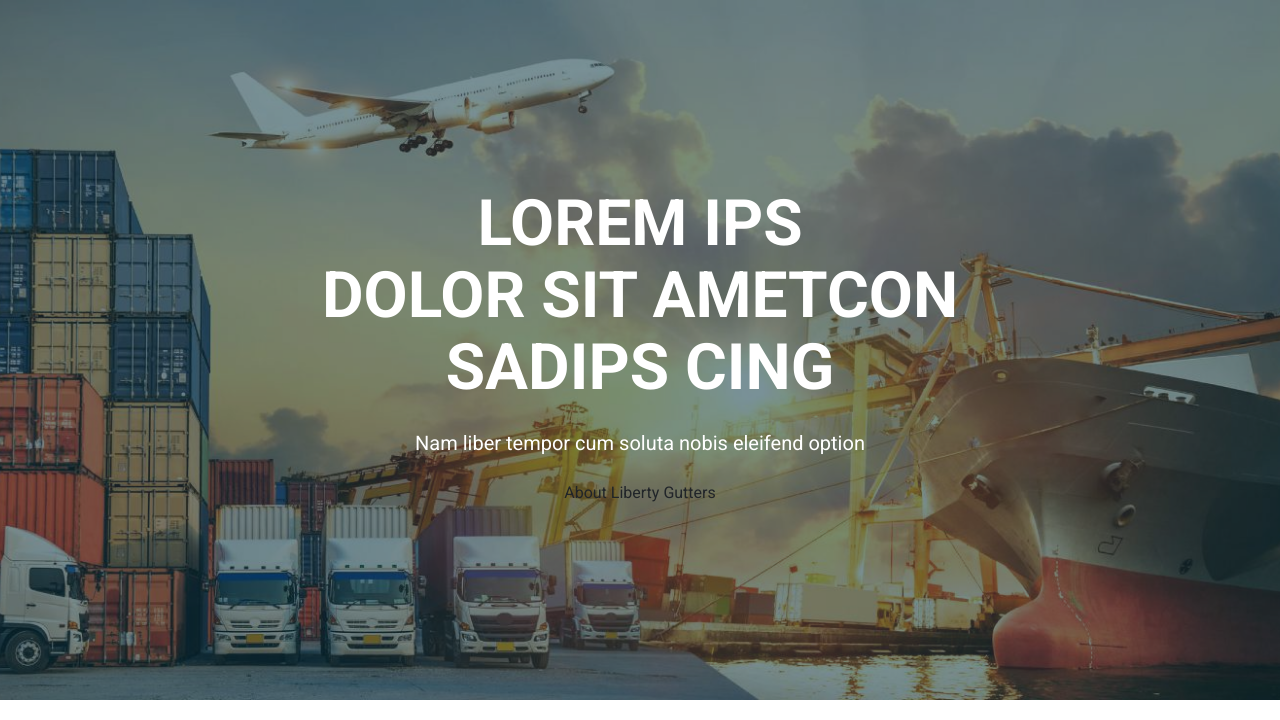
Repository: nazmulalok/shipping-template
Page: index.html
The author's editor kept a copy of each file at every save. The page is drawn from the files as they stood at one save, then again after the next save.
The browser window is 1280 px wide. The pictures show the whole page.

Above is the page before, as saved 2022-10-03 01:28:22.

### index.html
<!DOCTYPE html>
<html lang="en">

    <head>
        <meta charset="UTF-8">
        <meta http-equiv="X-UA-Compatible" content="IE=edge">
        <meta name="viewport" content="width=device-width, initial-scale=1.0">
        <link rel="preconnect" href="https://fonts.googleapis.com">
        <link rel="preconnect" href="https://fonts.gstatic.com" crossorigin>
        <link
            href="https://fonts.googleapis.com/css2?family=Roboto:ital,wght@0,300;0,400;0,500;0,700;0,900;1,300;1,400;1,500;1,700;1,900&display=swap"
            rel="stylesheet">
        <link href="https://cdn.jsdelivr.net/npm/bootstrap@5.2.1/dist/css/bootstrap.min.css" rel="stylesheet"
            integrity="sha384-iYQeCzEYFbKjA/T2uDLTpkwGzCiq6soy8tYaI1GyVh/UjpbCx/TYkiZhlZB6+fzT" crossorigin="anonymous">
        <link rel="stylesheet" href="style.css">
        <title>Document</title>
    </head>

    <body>
        <!-- Slider -->
        <section>
            <div class="main-slider">
                <div class="container">
                    <div class="slide-content">
                        <div class="slide-text">
                            <div class="slider-title mb-4">Lorem ips<br>
                                dolor sit ametcon<br>
                                sadips cing</div>
                            <p>Nam liber tempor cum soluta nobis eleifend option</p>
                            <div class="sliderBtn"><a class="btn common-btn dark" href="/about-us">About Liberty
                                    Gutters<span></span></a></div>
                        </div>
                    </div>
                </div>
            </div>
        </section>












        <script src="https://cdn.jsdelivr.net/npm/@popperjs/core@2.11.6/dist/umd/popper.min.js"
            integrity="sha384-oBqDVmMz9ATKxIep9tiCxS/Z9fNfEXiDAYTujMAeBAsjFuCZSmKbSSUnQlmh/jp3"
            crossorigin="anonymous"></script>
        <script src="https://cdn.jsdelivr.net/npm/bootstrap@5.2.1/dist/js/bootstrap.min.js"
            integrity="sha384-7VPbUDkoPSGFnVtYi0QogXtr74QeVeeIs99Qfg5YCF+TidwNdjvaKZX19NZ/e6oz"
            crossorigin="anonymous"></script>
    </body>

</html>

### style.css
* {
    margin: 0;
    padding: 0;
}

:root {
    --main-color: #FF7D44;
    --secondary-color: #0B3742;
    --tertiary-color: #FFFFFF;
}

body {
    font-family: 'Roboto', sans-serif;
}

/* slider style starts */

.main-slider>* {
    z-index: 10;
}

.main-slider {
    background: url(images/shipping-banner.jpg);
    height: 700px;
    width: 100%;
    background-size: cover;
    background-repeat: no-repeat;
    background-position: center;
    position: relative;
    display: flex;
    align-items: center;
    transition: all 1s;
}

.main-slider:before {
    content: '';
    width: 100%;
    height: 100%;
    top: 0;
    left: 0;
    position: absolute;
    background-color: rgb(11 55 66 / 55%);
    z-index: 1;
}

.slide-content {
    text-align: center;
}

.slide-text {
    color: var(--tertiary-color);
}

.slider-title {
    font-size: 4rem;
    font-weight: 600;
    line-height: 4.5rem;
    text-transform: uppercase;
}

.slide-text p {
    font-size: 20px;
}

After the next save:
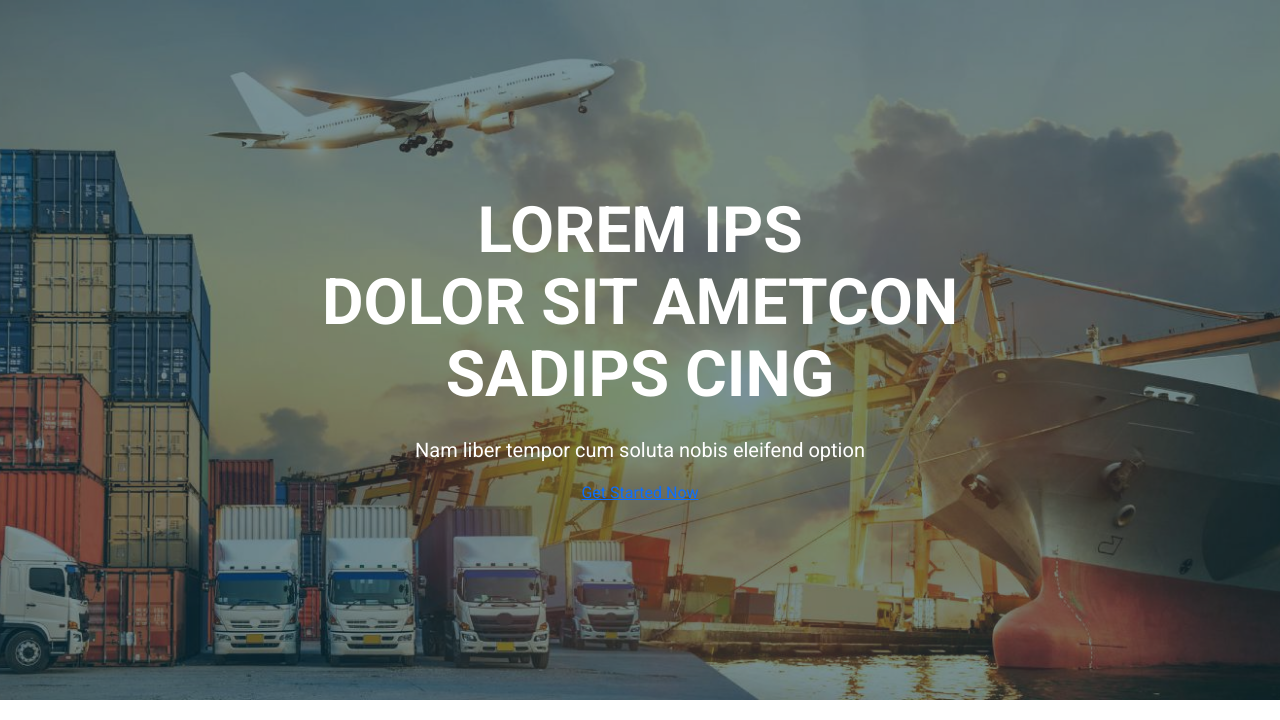
Saved 4 min 11 s later.
--- a/index.html
+++ b/index.html
@@ -27,8 +27,7 @@
                                 dolor sit ametcon<br>
                                 sadips cing</div>
                             <p>Nam liber tempor cum soluta nobis eleifend option</p>
-                            <div class="sliderBtn"><a class="btn common-btn dark" href="/about-us">About Liberty
-                                    Gutters<span></span></a></div>
+                            <div class="sliderBtn"><a class="common-btn" href="#">Get Started Now</a></div>
                         </div>
                     </div>
                 </div>
